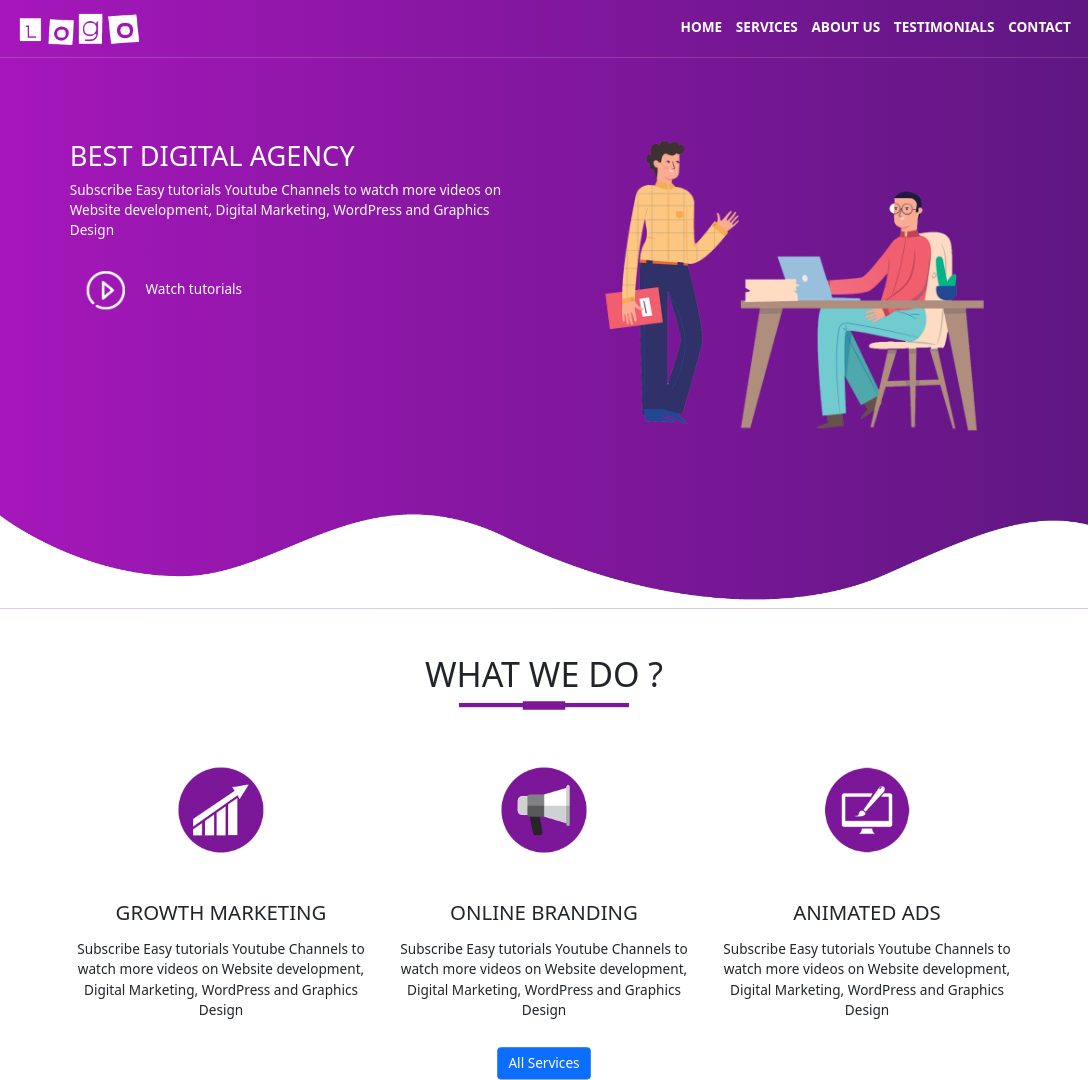
Repository: wadelfadill/Bootstrap_tache_2_website_design
Page: index.html
These files come from the project's save history. The page is drawn as it stood at one moment and after the next save; the edit follows.
The browser window is 1280 px wide. The pictures show the whole page, at 85% of full size.
Some web libraries are served in a nearby version.

Above is the page before, as saved 2023-04-05 16:49:42.

### index.html
<!DOCTYPE html>
<html lang="en">
<head>
    <meta charset="UTF-8">
    <meta http-equiv="X-UA-Compatible" content="IE=edge">
    <meta name="viewport" content="width=device-width, initial-scale=1.0">
    <!-- bootstrap css link -->
    <link href="https://cdn.jsdelivr.net/npm/bootstrap@5.1.3/dist/css/bootstrap.min.css" rel="stylesheet" integrity="sha384-1BmE4kWBq78iYhFldvKuhfTAU6auU8tT94WrHftjDbrCEXSU1oBoqyl2QvZ6jIW3" crossorigin="anonymous">
    <!-- css sheet link -->
    <link rel="stylesheet" href="style.css">
    <!-- fontawsome link -->
    <link rel="stylesheet" href="https://cdn.jsdelivr.net/npm/@fortawesome/fontawesome-free@6.2.1/css/fontawesome.min.css">
    <title>bootstrap_website_design</title>
    <script src="https://kit.fontawesome.com/8f130c8a35.js" crossorigin="anonymous"></script>
</head>
<body>
    <section id="nav-bar" class="sticky-top t-0">
        <nav class="navbar navbar-expand-lg navbar-light p-0">
            <div class="container-fluid">
              <a class="navbar-brand" href="#"><img src="images/demo-logo.png" alt="" class="w-75 h-50 p-2"></a>
              <button class="navbar-toggler" type="button" data-bs-toggle="collapse" data-bs-target="#navbarSupportedContent" aria-controls="navbarSupportedContent" aria-expanded="false" aria-label="Toggle navigation">
                <span><i class="fa-solid fa-bars fs-1" style="color: #ffffff;"></i></span>
              </button>
              <div class="collapse navbar-collapse justify-content-end" id="navbarSupportedContent">
                <ul class="navbar-nav ms-auto mb-2 mb-lg-0 ">
                  <li class="nav-item pt-0 pb-1 fw-bold">
                    <a class="nav-link active text-white float-end text-start" aria-current="page" href="#">HOME</a>
                  </li>
                  <li class="nav-item pt-0 pb-1 fw-bold">
                    <a class="nav-link text-white float-end text-start" href="#">SERVICES</a>
                  </li>
                  <li class="nav-item pt-0 pb-1 fw-bold">
                    <a class="nav-link text-white float-end text-start" href="#">ABOUT US</a>
                  </li>
                  <li class="nav-item pt-0 pb-1 fw-bold">
                    <a class="nav-link text-white float-end text-start" href="#">TESTIMONIALS</a>
                  </li>
                  <li class="nav-item pt-0 pb-1 fw-bold">
                    <a class="nav-link text-white float-end text-start" href="#">CONTACT</a>
                  </li>
                </ul>
              </div>
            </div>
          </nav>
    </section>
     <!--banner section  -->
     <section id="banner" class="text-white pt-5">
      <div class="container">
        <div class="row">
          <div class="col-md-6">
            <p class="h2 mt-5">BEST DIGITAL AGENCY</p>
            <p>
              Subscribe Easy tutorials Youtube Channels to watch more videos on
              Website development, Digital Marketing, WordPress and Graphics Design
            </p>
            <a href="" class="tuto text-white text-decoration-none"><img src="images/play.png" alt="" class="play-btn"> Watch tutorials</a>
          </div>
          <div class="col-md-6 text-center">
            <img src="images/home2.png" alt="" class="img-fluid">
          </div>
        </div>
      </div>
     <img src="images/wave1.png" alt="" class="w-100">
     </section>
     <!-- services section -->
     <section id="services" class="pt-5 pb-0">
        <div class="container text-center">
          <h1 class="title text-center">WHAT WE DO ? </h1>
          <div class="row text-center">
            <div class="col-md-4 p-3">
              <img src="images/service1.png" alt="" class="service-img">
              <h4 class="p-2 mt-5 text-uppercase">Growth Marketing</h4>
              <p>
                Subscribe Easy tutorials Youtube Channels to watch more videos on
                Website development, Digital Marketing, WordPress and Graphics Design
              </p>
            </div>
            <div class="col-md-4 p-3">
              <img src="images/service2.png" alt="" class="service-img">
              <h4 class="p-2 mt-5 text-uppercase">Online Branding</h4>
              <p>
                Subscribe Easy tutorials Youtube Channels to watch more videos on
                Website development, Digital Marketing, WordPress and Graphics Design
              </p>
            </div>
            <div class="col-md-4 p-3">
              <img src="images/service3.png" alt="" class="service-img">
              <h4 class="p-2 mt-5 text-uppercase">Animated Ads</h4>
              <p>
                Subscribe Easy tutorials Youtube Channels to watch more videos on
                Website development, Digital Marketing, WordPress and Graphics Design
              </p>
            </div>
          </div>
          <button type="button" class="btn btn-primary">All Services </button>
        </div>
     </section>


        <!-- bootstrap js link -->
    <script src="https://cdn.jsdelivr.net/npm/bootstrap@5.1.3/dist/js/bootstrap.bundle.min.js" integrity="sha384-ka7Sk0Gln4gmtz2MlQnikT1wXgYsOg+OMhuP+IlRH9sENBO0LRn5q+8nbTov4+1p" crossorigin="anonymous"></script>
</body>
</html>

### style.css
*{
    margin: 0;
    padding: 0;
}
.navbar{
    background-image: linear-gradient(to right, #a517ba, #5f1782);
}
.navbar-toggler{
    outline: none !important;
}
/* Banner section */
#banner{
    background-image: linear-gradient(to right, #a517ba, #5f1782);


}
.play-btn{
    width: 45px;
    margin: 20px;
}
.service-img{
    width: 100px;
    margin-top: 20px;
}
.title::before{
    content: '';
    background: #7b1798;
    height: 5px;
    width: 200px;
    margin-left: auto;
    margin-right: auto;
    display: block;
    transform: translateY(63px);
}
.title::after{
    content: '';
    background: #7b1798;
    height: 10px;
    width: 50px;
    margin-left: auto;
    margin-right: auto;
    margin-bottom: 40px;
    display: block;
    transform: translateY(8px);
}

After the next save:
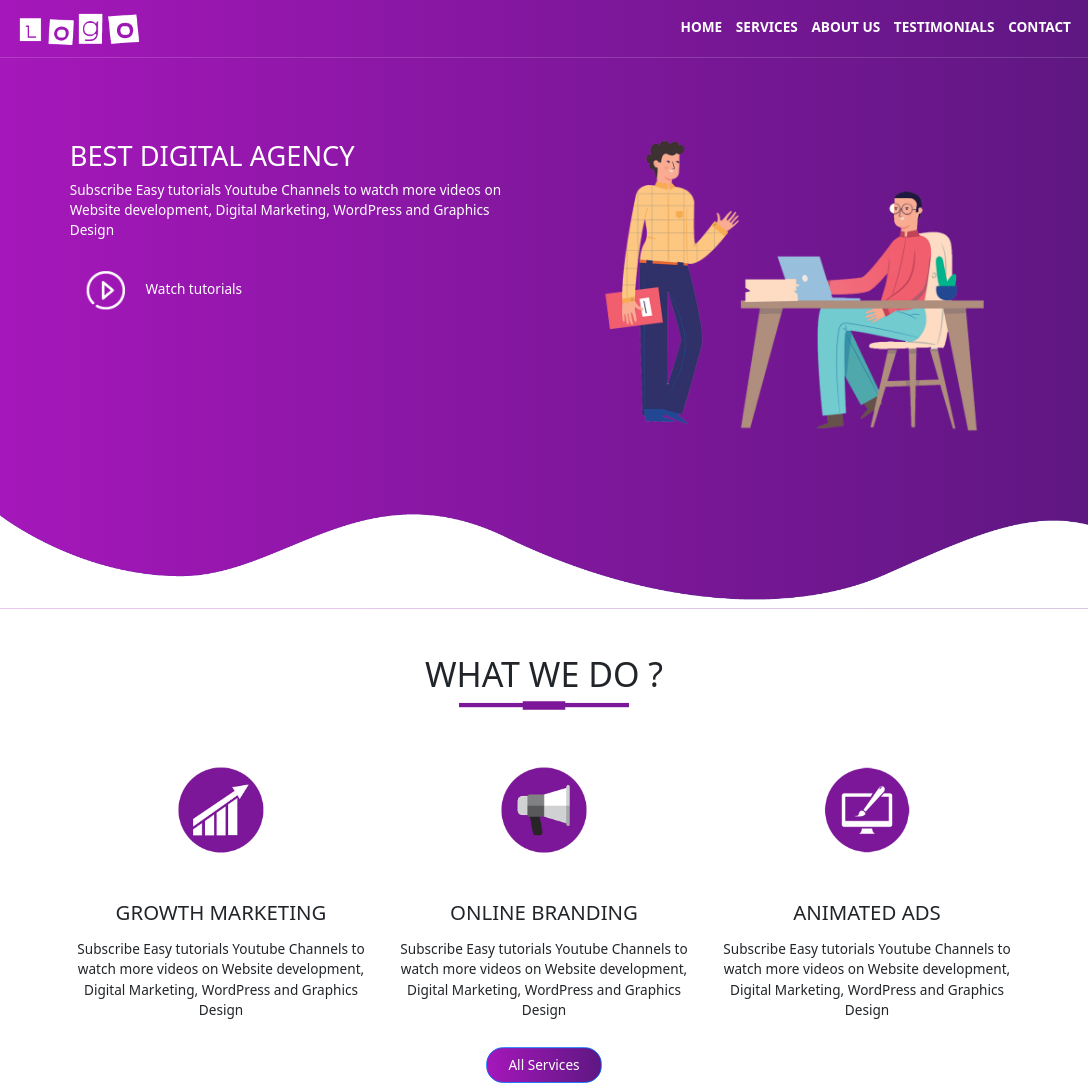
Saved 3 min 30 s later.
--- a/style.css
+++ b/style.css
@@ -43,3 +43,10 @@
     display: block;
     transform: translateY(8px);
 }
+#services .btn-primary{
+    box-shadow: none;
+    padding: 8px 25px;
+    border-radius: 20px;
+    background-image: linear-gradient(to right, #a517ba, #5f1782);
+
+}
